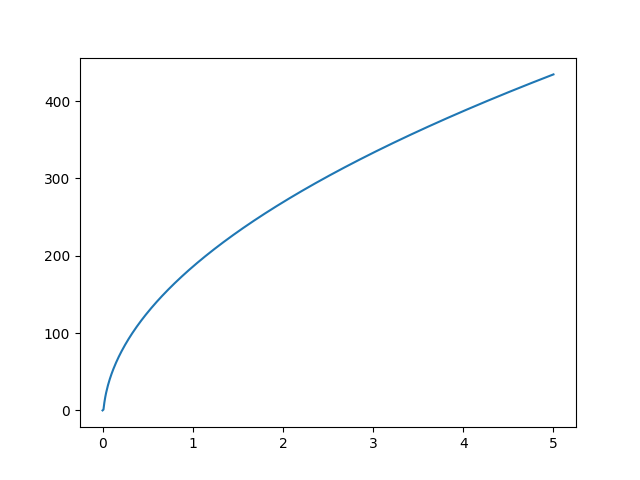
Repository: leiradom/Modified-linear-theory
Script's output: python fuctionaltest.py
The author's editor kept a copy of each file at every save. The script's output is drawn from the files as they stood at one save, then again after the next save.
Random numbers start from a fixed seed.

Above is the script's output before, as saved 2020-12-04 10:13:37.

### fuctionaltest.py
#本程序实现求解无升力构型的F函数
#同时求解出近场的压力信号

import math
import numpy as np
import matplotlib.pyplot as plt


X = np.ones(501)

#提取体积分布数据中的两列数据
for i in range(0,501):
    c = 0.01 * i
    X[i] = c
    #Y0[i] = ca

a = len(X)
print(X)
#print(Y)

#通过变上限积分求解F函数，积分使用梯形公式
F = np.ones(a,dtype=np.float64)   #产生一个长度为a的初始化数组
F[0] = 0         #强制F的第一个值为0

for i in range(1,a):
    #内层积分，积到x
    s = 0
    for j in range(0,i-1):
        s0 =((1 / math.sqrt(X[i]-X[j+1])) + (1 / math.sqrt(X[i]-X[j])) * (X[j + 1] - X[j]) / (2))
        #s0 = (((Y0[j+1] + Y0[j]) * (X[j + 1] - X[j])) / (2))    #第(j+1)个梯形的面积
        s = s0 + s    #S为最后的积分
    #内层积分，积到x
        F[i] = s
print(F)

for i in range(0,501,1):
    x = i * 0.01
    y = 2 * x**(0.5)

#绘制F函数的图像
plt.plot(X,F)
plt.plot(x,y)
plt.show()

After the next save:
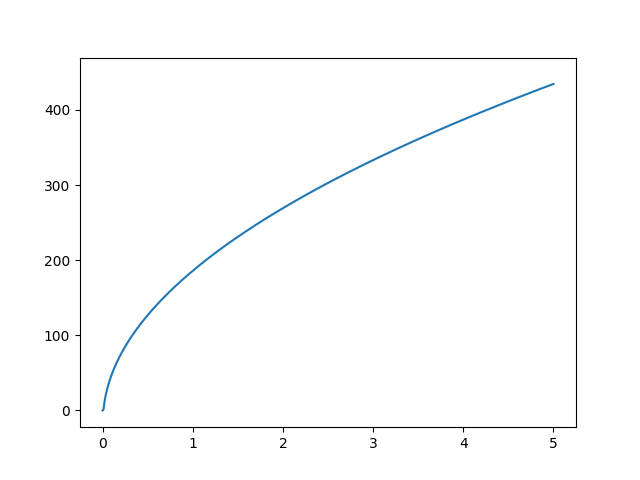
Saved 96 s later.
--- a/fuctionaltest.py
+++ b/fuctionaltest.py
@@ -39,5 +39,5 @@ for i in range(0,501,1):
 
 #绘制F函数的图像
 plt.plot(X,F)
-plt.plot(x,y)
+plt.plot(x,y*100)
 plt.show()
